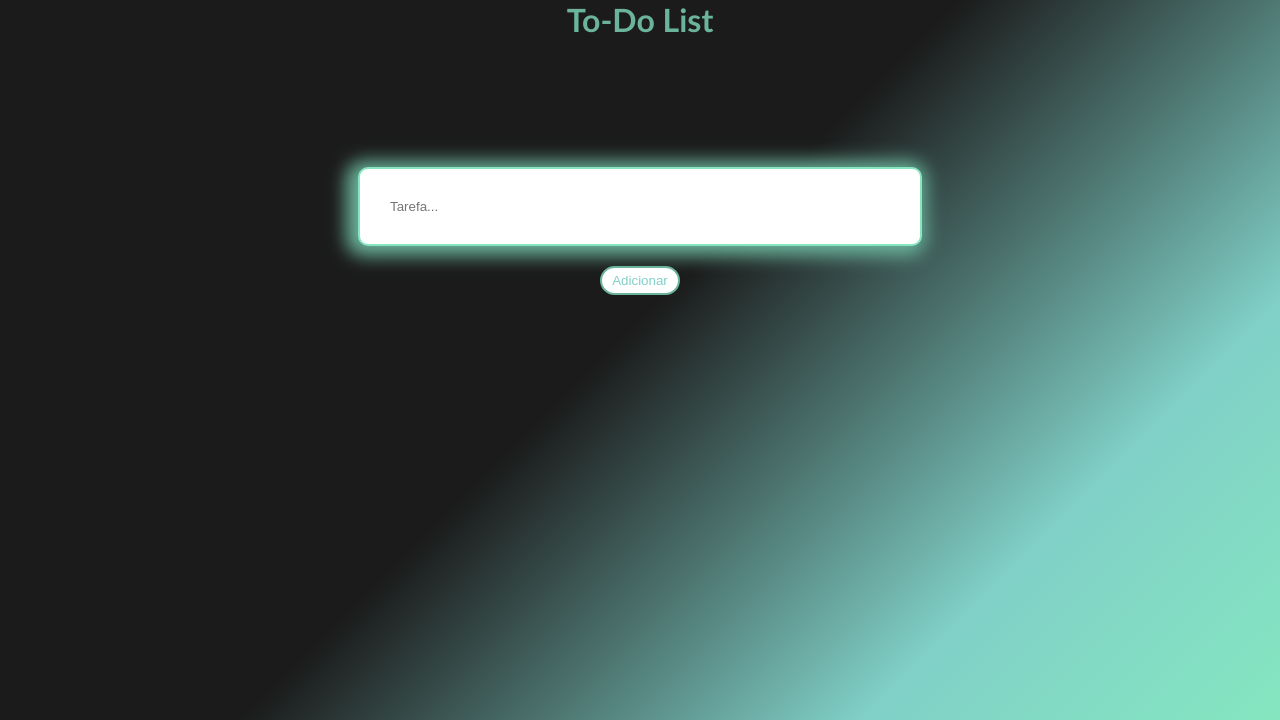
Repository: PetersonAntonyDev/python-flask-
Page: index.html
These files come from the project's save history. The page is drawn as it stood at one moment and after the next save; the edit follows.
The browser window is 1280 px wide. The pictures show the whole page.

Above is the page before, as saved 2022-07-26 10:37:50.

### index.html
<!DOCTYPE html>
<html lang="en">
<head>
    <meta charset="UTF-8">
    <meta http-equiv="X-UA-Compatible" content="IE=edge">
    <meta name="viewport" content="width=device-width, initial-scale=1.0">
    <link rel="stylesheet" href="/style.css">
    <title>To-Do LIst</title>
</head>
<body>
    <header>
        <h1>To-Do List</h1>
    </header>
    <main>
        <form action="" method="post">
            <input class="task" type="text" name="task" id="task" placeholder="Tarefa...">
            <button>Adicionar</button>
        </form>
    </main>
</body>
</html>

### style.css
* {
    margin: 0;
    padding: 0;
}

body {
    display: flex;
    align-items: center;
    flex-direction: column;
    width: 100%;
    min-height: 100vh;
    max-height: 100%;
    background-color: #1b1b1b;
    background-image: linear-gradient(135deg, #1b1b1b 48%, #80D0C7 79%, #85e6c0 100%);
}

header {
    margin-bottom: 10%;
    font-family: 'Gill Sans', 'Gill Sans MT', Calibri, 'Trebuchet MS', sans-serif;
    font-size: 1rem;
    color: #6bb39b;
}

form {
    display: flex;
    justify-content: center;
    align-items: center;
    flex-direction: column;
}

.task {
    width: 500px;
    border-radius: 10px;
    border: #85e6c0 2px solid;
    padding: 30px;
    -webkit-box-shadow: -4px 2px 18px 8px rgba(107, 179, 155, 1);
    -moz-box-shadow: -4px 2px 18px 8px rgba(107, 179, 155, 1);
    box-shadow: -4px 2px 18px 8px rgba(107, 179, 155, 1);
}

button {
    padding: 5px 10px;
    border: #6bb39b 2px solid;
    border-radius: 50px;
    background-color: #fff;
    color: #80D0C7;
    margin-top: 20px;
}

After the next save:
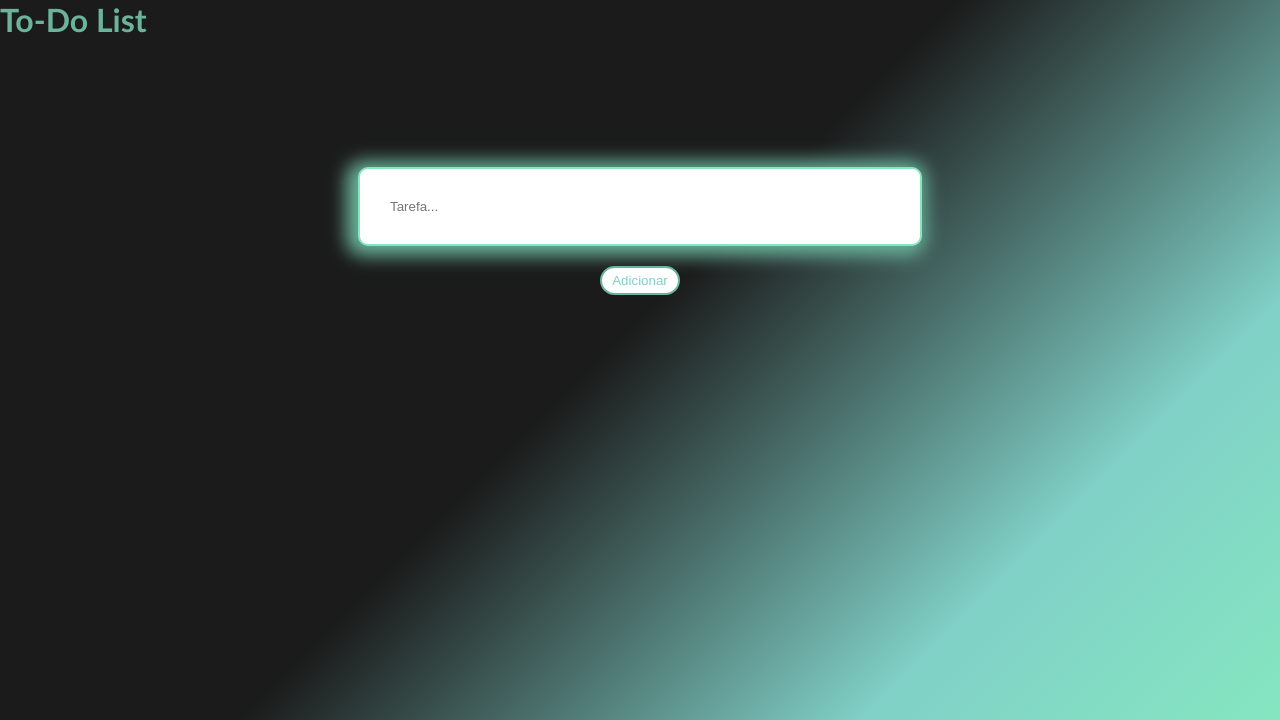
Saved 59 s later.
--- a/style.css
+++ b/style.css
@@ -4,8 +4,7 @@
 }
 
 body {
-    display: flex;
-    align-items: center;
+
     flex-direction: column;
     width: 100%;
     min-height: 100vh;
@@ -15,6 +14,8 @@
 }
 
 header {
+    display: flex;
+    align-items: center;
     margin-bottom: 10%;
     font-family: 'Gill Sans', 'Gill Sans MT', Calibri, 'Trebuchet MS', sans-serif;
     font-size: 1rem;

After the 2 saves that followed:
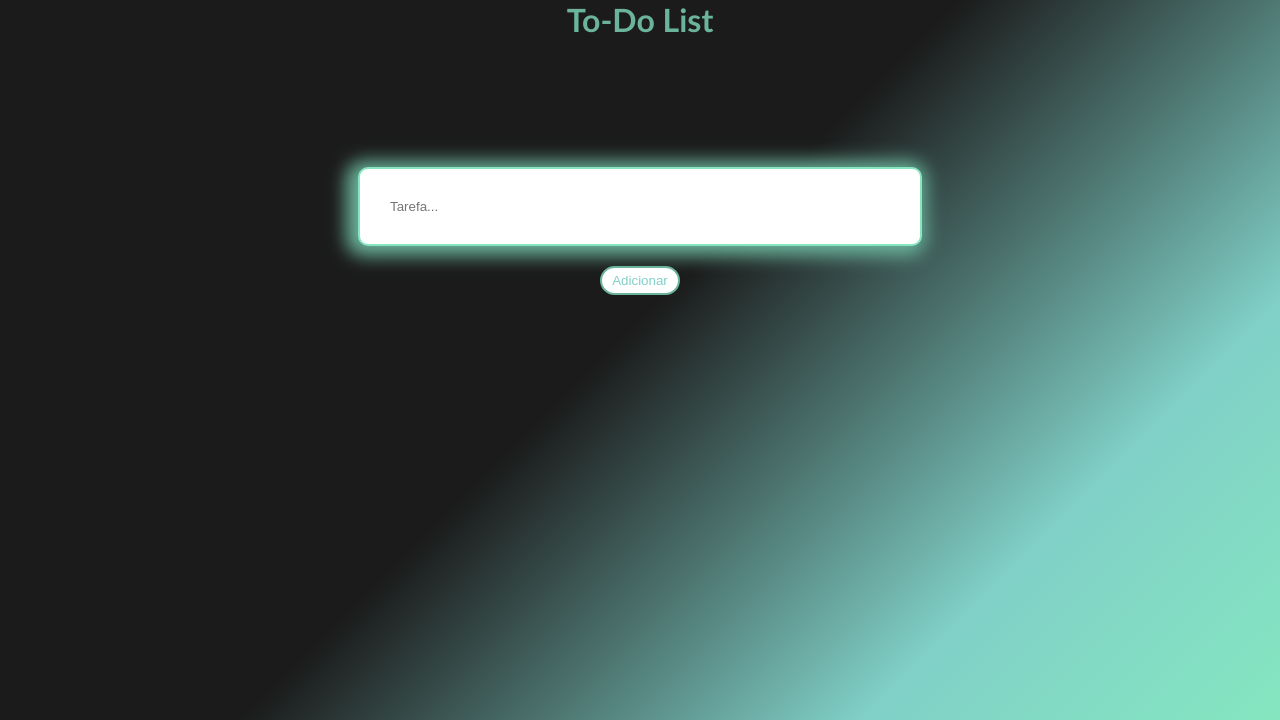
The 2 saves are shown as one change because 1 left the picture as it was.
The last was saved 36 s later.
--- a/style.css
+++ b/style.css
@@ -5,7 +5,7 @@
 
 body {
 
-    flex-direction: column;
+
     width: 100%;
     min-height: 100vh;
     max-height: 100%;
@@ -15,6 +15,7 @@
 
 header {
     display: flex;
+    justify-content: center;
     align-items: center;
     margin-bottom: 10%;
     font-family: 'Gill Sans', 'Gill Sans MT', Calibri, 'Trebuchet MS', sans-serif;
